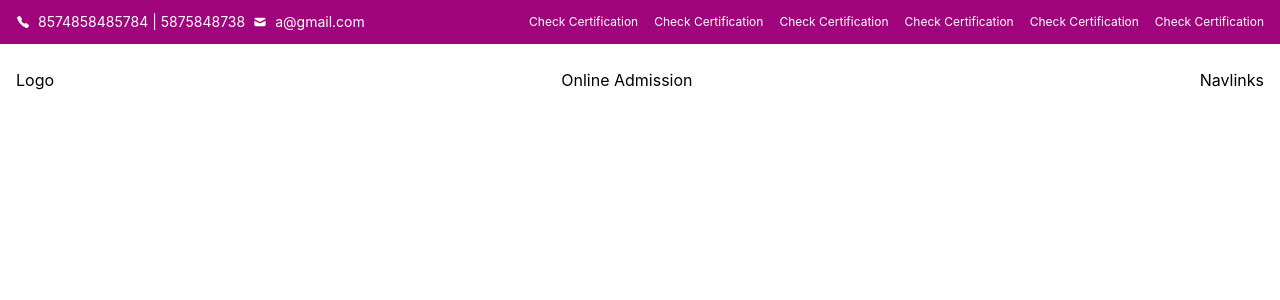
Repository: Sushant203/react-training-
Page: /
These files come from the project's save history. The page is drawn as it stood at one moment and after the next save; the edit follows.
The browser window is 1280 px wide. The pictures show the whole page.
The project was rebuilt for these pictures with package versions that can differ from the ones it lists, and the page was loaded fresh each time. Also part of the build but not shown: src/App.css, src/components/LowerNav.jsx, src/components/UpperNav.jsx.

Above is the page before, as saved 2022-12-19 09:39:36.

After the next save:
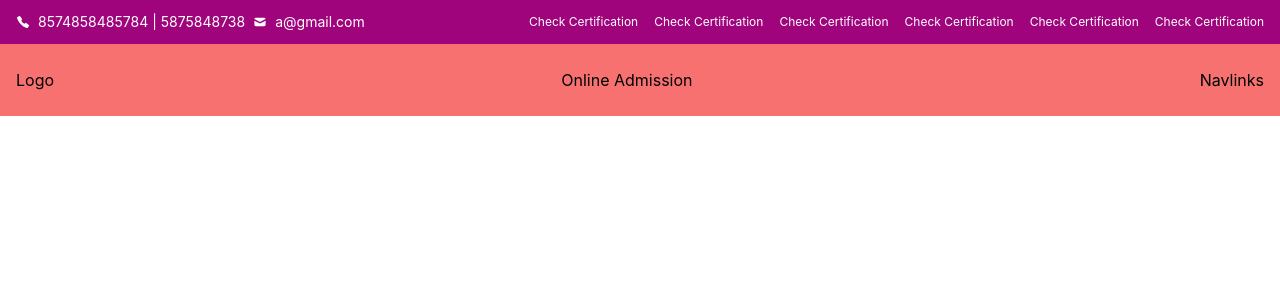
Saved 4 s later.
--- a/src/components/Naviagtion/Toolbar/Secondary.jsx
+++ b/src/components/Naviagtion/Toolbar/Secondary.jsx
@@ -2,7 +2,7 @@ import React from "react";
 
 function Secondary() {
   return (
-    <div className="flex justify-between px-4 w-full py-6">
+    <div className="flex justify-between px-4 w-full py-6 bg-red-400">
       <div>Logo</div>
       <div>Online Admission</div>
       <div>Navlinks</div>
